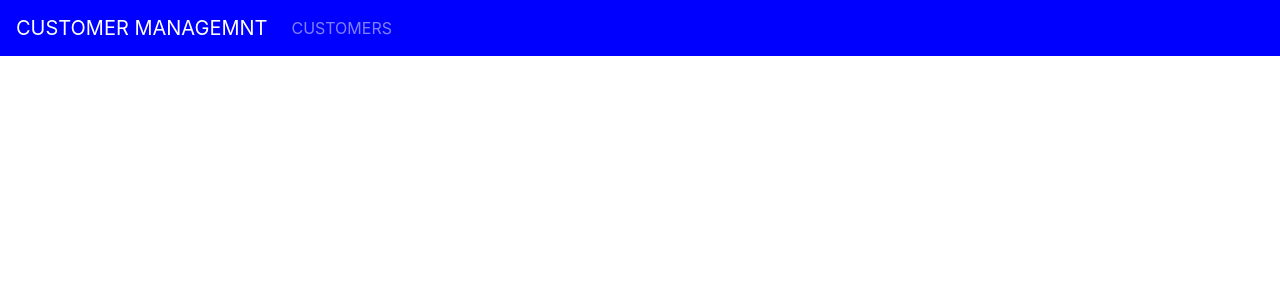
Repository: shruti-2522/webdirekt-assignment
Page: http://localhost/Customer-Project/customer-form.jsp
These files come from the project's save history. The page is drawn as it stood at one moment and after the next save; the edit follows.
The browser window is 1280 px wide. The pictures show the whole page.
The page is served by Tomcat 9.

Above is the page before, as saved 2021-07-05 10:32:10.

After the next save:
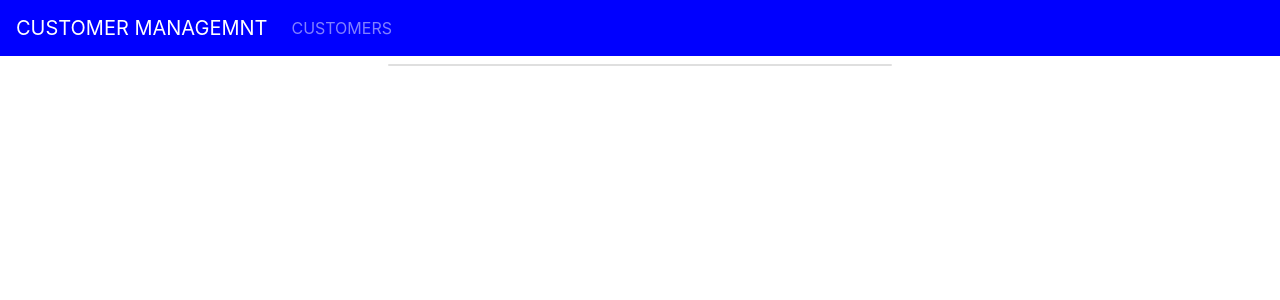
Saved 7 s later.
--- a/Customer-Project/src/main/webapp/customer-form.jsp
+++ b/Customer-Project/src/main/webapp/customer-form.jsp
@@ -28,7 +28,11 @@
 
 	</header>
 
-	<div class="container col-md-5 mt-2"></div>
+	<div class="container col-md-5 mt-2">
+	<div class="card">
+
+	</div>
+	</div>
 
 
 
